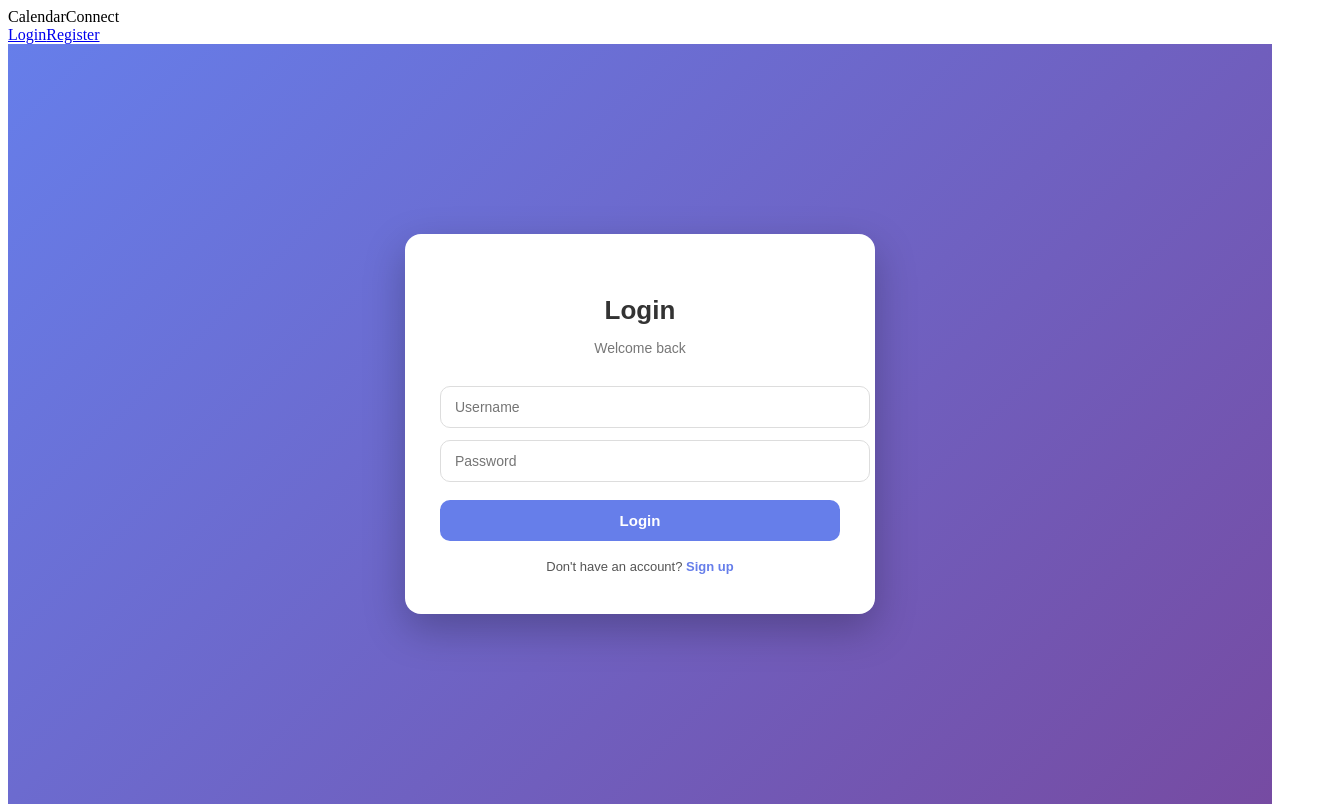
Repository: BMXracer44/CalendarConnect
Page: / (app in frontend/)
An editor plug-in stored every save of this project. The page is shown before and after the next save, followed by the edit.
The browser window is 1280 px wide. The page is 1280 px wide, then 1322 px, so the pictures cover 1322 px, including what lies to the right of the window. The pictures show the whole page.
The project was rebuilt for these pictures with package versions that can differ from the ones it lists, and the page was loaded fresh each time. Also part of the build but not shown: frontend/src/pages/Register.jsx, frontend/src/pages/Calendar.jsx.

Above is the page before, as saved 2026-04-14 10:00:53.

### frontend/src/index.js
import React from "react";
import ReactDOM from "react-dom/client";
import App from "./App";
import { AuthProvider } from "./context/AuthContext";
import { router } from "./router";
import { RouterProvider } from "react-router-dom";
import "./index.css";

ReactDOM.createRoot(document.getElementById("root")).render(
  <AuthProvider>
    <RouterProvider router={router} />
  </AuthProvider>
);

### frontend/src/App.js
import { Outlet } from "react-router-dom";
import Navbar from "./components/Navbar";
import "./index.css";

function App() {
  return (
    <div>
      <Navbar />
      <Outlet />
    </div>
  );
}

export default App;

### frontend/src/context/AuthContext.js
import { createContext, useState, useEffect } from "react";

export const AuthContext = createContext();

export const AuthProvider = ({ children }) => {
  const [user, setUser] = useState(null);

  // Load user from localStorage on refresh
  useEffect(() => {
    const token = localStorage.getItem("token");
    const username = localStorage.getItem("username");

    if (token && username) {
      setUser({ username, token });
    }
  }, []);

  // Login function
  const login = (data) => {
    localStorage.setItem("token", data.token);
    localStorage.setItem("username", data.username);

    setUser({
      username: data.username,
      token: data.token,
    });
  };

  // Logout function
  const logout = () => {
    localStorage.removeItem("token");
    localStorage.removeItem("username");
    setUser(null);
  };

  return (
    <AuthContext.Provider value={{ user, login, logout }}>
      {children}
    </AuthContext.Provider>
  );
};

### frontend/src/router.jsx
import { createBrowserRouter } from "react-router-dom";
import App from "./App";
import Login from "./pages/Login";
import Register from "./pages/Register";
import Home from "./pages/Home";
import Profile from "./pages/Profile";
import Calendar from "./pages/Calendar";

export const router = createBrowserRouter([
  {
    path: "/",
    element: <App />,
    children: [
      { index: true, element: <Login /> },
      { path: "register", element: <Register /> },
      { path: "home", element: <Home /> },
      { path: "calendar", element: <Calendar /> },
      { path: "profile", element: <Profile /> }
    ]
  }
]);

### frontend/src/index.css
/* =========================
   GLOBAL PAGE BACKGROUND
========================= */
.login-container {
  min-height: 100vh;
  display: flex;
  justify-content: center;
  align-items: center;
  padding: 20px;
  background: linear-gradient(135deg, #667eea, #764ba2);
  font-family: Arial, sans-serif;
}

/* =========================
   AUTH CARD (LOGIN + REGISTER)
========================= */
.login-card {
  width: 100%;
  max-width: 400px;
  background: #ffffff;
  padding: 40px 35px;
  border-radius: 16px;
  box-shadow: 0 15px 40px rgba(0, 0, 0, 0.25);
  text-align: center;
  animation: fadeIn 0.4s ease-in-out;
}

/* Card animation */
@keyframes fadeIn {
  from {
    opacity: 0;
    transform: translateY(15px);
  }
  to {
    opacity: 1;
    transform: translateY(0);
  }
}

/* =========================
   HEADINGS
========================= */
.login-card h2 {
  font-size: 26px;
  margin-bottom: 8px;
  color: #333;
}

.login-card p {
  font-size: 14px;
  color: #777;
  margin-bottom: 18px;
}

/* =========================
   INPUT FIELDS
========================= */
.login-card input {
  width: 100%;
  padding: 12px 14px;
  margin-top: 12px;
  border: 1px solid #ddd;
  border-radius: 10px;
  font-size: 14px;
  outline: none;
  transition: all 0.25s ease;
}

/* Focus effect */
.login-card input:focus {
  border-color: #667eea;
  box-shadow: 0 0 8px rgba(102, 126, 234, 0.35);
}

/* =========================
   BUTTON
========================= */
.login-card button {
  width: 100%;
  padding: 12px;
  margin-top: 18px;
  background: #667eea;
  color: white;
  border: none;
  border-radius: 10px;
  font-size: 15px;
  font-weight: bold;
  cursor: pointer;
  transition: all 0.2s ease;
}

/* Hover effect */
.login-card button:hover {
  background: #5a67d8;
  transform: translateY(-2px);
}

/* =========================
   ERROR & SUCCESS MESSAGES
========================= */
.error-text {
  color: #e74c3c;
  font-size: 13px;
  margin-top: 10px;
}

.success-text {
  color: #2ecc71;
  font-size: 13px;
  margin-top: 10px;
}

/* =========================
   BOTTOM TEXT LINKS
========================= */
.bottom-text {
  margin-top: 18px;
  font-size: 13px;
  color: #555;
}

.bottom-text a {
  color: #667eea;
  font-weight: bold;
  text-decoration: none;
}

.bottom-text a:hover {
  text-decoration: underline;
}

/* =========================
   REGISTER SPACING (optional)
========================= */
.register-extra-spacing input {
  margin-top: 14px;
}

### frontend/src/components/Navbar.jsx
import { useContext } from "react";
import { AuthContext } from "../context/AuthContext";
import { Link, useNavigate } from "react-router-dom";


const Navbar = () => {
  const { user, logout } = useContext(AuthContext);
  const navigate = useNavigate();

  const handleLogout = () => {
    logout();
    navigate("/");
  };

  return (
    <nav className="navbar">
      <div className="navbar-left">
        CalendarConnect
      </div>

      <div className="navbar-right">
        {!user ? (
          <>
            <Link to="/" className="nav-link">Login</Link>
            <Link to="/register" className="nav-link">Register</Link>
          </>
        ) : (
          <>
            <span className="nav-user">{user.username}</span>
            <button className="nav-button" onClick={handleLogout}>
              Logout
            </button>
          </>
        )}
      </div>
    </nav>
  );
};

export default Navbar;

### frontend/src/pages/Login.jsx
import React, { useState } from "react";
import { useNavigate } from "react-router-dom";

const Login = () => {
  const navigate = useNavigate();

  const [username, setUsername] = useState("");
  const [password, setPassword] = useState("");

  const [error, setError] = useState("");
  const [success, setSuccess] = useState("");

  const handleSubmit = async (e) => {
    e.preventDefault();

    try {
      const response = await fetch("http://localhost:8080/api/login", {
        method: "POST",
        headers: {
          "Content-Type": "application/json"
        },
        body: JSON.stringify({ username, password })
      });

      const data = await response.json();

      if (response.ok) {
        localStorage.setItem("token", data.token);

        setSuccess("Login successful!");
        setError("");

        setTimeout(() => {
          navigate("/dashboard");
        }, 1000);

      } else {
        setError(data.message || "Invalid login");
        setSuccess("");
      }

    } catch (err) {
      setError("Server not reachable");
      setSuccess("");
    }
  };

  return (
    <div className="login-container">
      <div className="login-card">

        <h2>Login</h2>
        <p>Welcome back</p>

        {error && <p className="error-text">{error}</p>}
        {success && <p className="success-text">{success}</p>}

        <form onSubmit={handleSubmit}>
          <input
            type="text"
            placeholder="Username"
            value={username}
            onChange={(e) => setUsername(e.target.value)}
            required
          />

          <input
            type="password"
            placeholder="Password"
            value={password}
            onChange={(e) => setPassword(e.target.value)}
            required
          />

          <button type="submit">Login</button>
        </form>

        <div className="bottom-text">
          Don't have an account? <a href="/register">Sign up</a>
        </div>

      </div>
    </div>
  );
};

export default Login;

Loaded but not shown: frontend/src/pages/Home.jsx (no stored copy; drawn as an empty file); frontend/src/pages/Profile.jsx (no stored copy; drawn as an empty file)

After the next save:
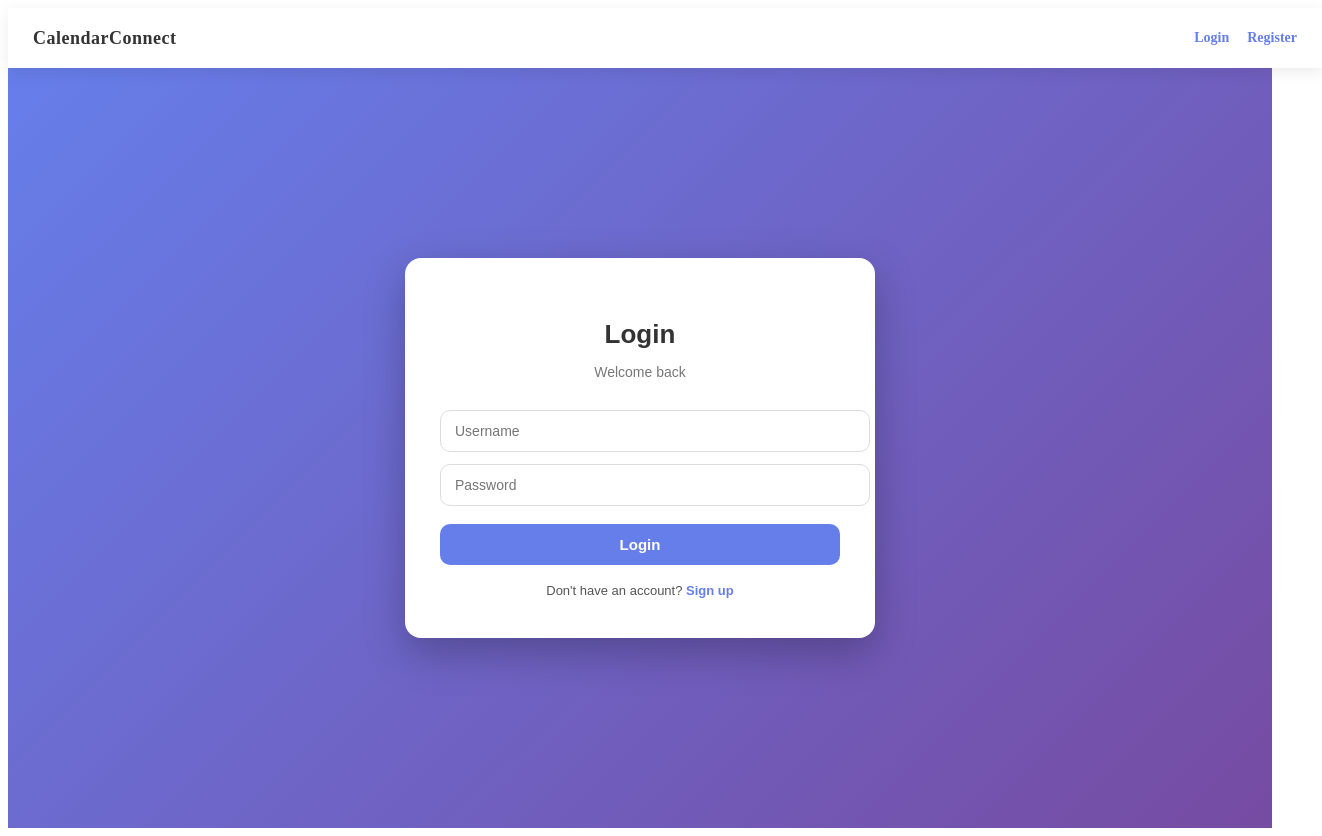
Saved 3 min 48 s later.
--- a/frontend/src/index.css
+++ b/frontend/src/index.css
@@ -135,3 +135,80 @@
 .register-extra-spacing input {
   margin-top: 14px;
 }
+/* =========================
+   NAVBAR
+========================= */
+
+.navbar {
+  width: 100%;
+  height: 60px;
+  display: flex;
+  justify-content: space-between;
+  align-items: center;
+  padding: 0 25px;
+
+  background: rgba(255, 255, 255, 0.95);
+  backdrop-filter: blur(10px);
+
+  box-shadow: 0 4px 15px rgba(0, 0, 0, 0.08);
+  position: sticky;
+  top: 0;
+  z-index: 1000;
+}
+
+/* LEFT SIDE (brand) */
+.navbar-left {
+  font-size: 18px;
+  font-weight: bold;
+  color: #333;
+  letter-spacing: 0.5px;
+}
+
+/* RIGHT SIDE */
+.navbar-right {
+  display: flex;
+  align-items: center;
+  gap: 18px;
+}
+
+/* LINKS */
+.nav-link {
+  text-decoration: none;
+  font-size: 14px;
+  font-weight: 600;
+  color: #667eea;
+  transition: 0.2s ease;
+}
+
+.nav-link:hover {
+  color: #5a67d8;
+  transform: translateY(-1px);
+}
+
+/* USERNAME */
+.nav-user {
+  font-weight: 600;
+  font-size: 14px;
+  color: #333;
+  padding: 6px 10px;
+  border-radius: 8px;
+  background: #f4f6ff;
+}
+
+/* LOGOUT BUTTON */
+.nav-button {
+  background: #e74c3c;
+  color: white;
+  border: none;
+  padding: 7px 12px;
+  border-radius: 8px;
+  font-size: 13px;
+  font-weight: bold;
+  cursor: pointer;
+  transition: 0.2s ease;
+}
+
+.nav-button:hover {
+  background: #c0392b;
+  transform: translateY(-1px);
+}
